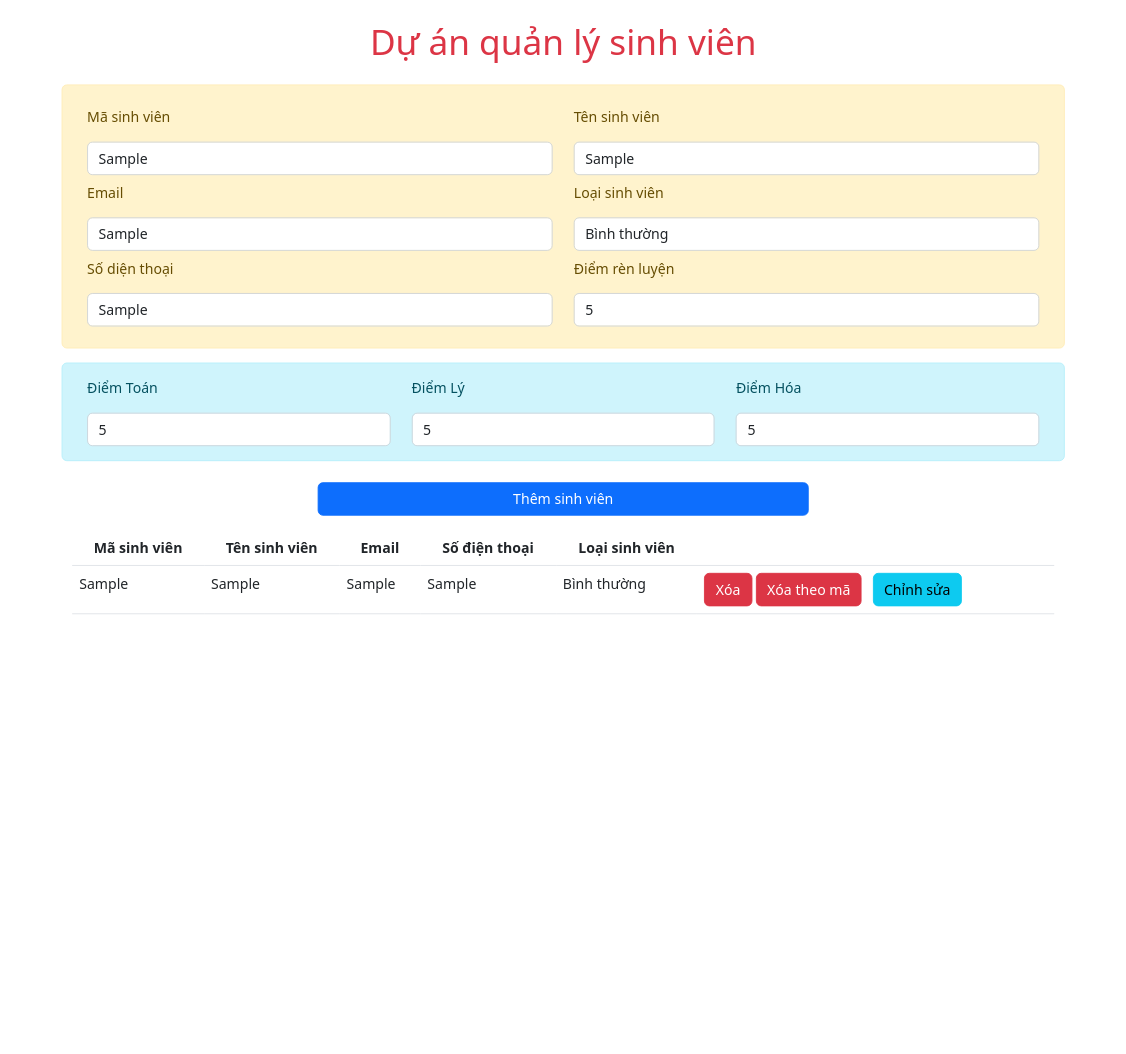
Repository: hcozyph/Cybersoft_JS_OOP
Page: index.html
An editor plug-in stored every save of this project. The page is shown before and after the next save, followed by the edit.
The browser window is 1280 px wide. The pictures show the whole page, at 88% of full size.
Empty fields were first filled with sample values (such as "Sample", 5 or name@example.com).
After loading, the first visible `#btnThemSinhVien` was clicked once.

Above is the page before, as saved 2023-03-01 19:38:57.

### index.html
<!DOCTYPE html>
<html lang="en">
    <head>
        <title>Quản lý sinh viên</title>
        <!-- Required meta tags -->
        <meta charset="utf-8" />
        <meta
            name="viewport"
            content="width=device-width, initial-scale=1, shrink-to-fit=no"
        />

        <!-- Bootstrap CSS v5.2.1 -->
        <link
            href="https://cdn.jsdelivr.net/npm/bootstrap@5.2.1/dist/css/bootstrap.min.css"
            rel="stylesheet"
            integrity="sha384-iYQeCzEYFbKjA/T2uDLTpkwGzCiq6soy8tYaI1GyVh/UjpbCx/TYkiZhlZB6+fzT"
            crossorigin="anonymous"
        />

        <!-- index.css -->
        <link rel="stylesheet" href="./assets/styles/index.css" />
    </head>

    <body>
        <div class="container" style="margin-bottom: 500px">
            <div class="title">
                <h3 class="text-center fs-1 text-danger my-4">
                    Dự án quản lý sinh viên
                </h3>
            </div>

            <div class="content">
                <div class="row alert alert-warning">
                    <div class="col-md-6 col-lg-6">
                        <div class="form-group my-2">
                            <p>Mã sinh viên</p>
                            <input class="form-control" id="maSinhVien"></input>
                        </div>

                        <div class="form-group my-2">
                            <p>Email</p>
                            <input class="form-control" id="email"></input>
                        </div>

                        <div class="form-group my-2">
                            <p>Số diện thoại</p>
                            <input class="form-control" id="soDienThoai"></input>
                        </div>
                    </div>

                    <div class="col-md-6 col-lg-6">
                        <div class="form-group my-2">
                            <p>Tên sinh viên</p>
                            <input class="form-control" id="tenSinhVien"></input>
                        </div>

                        <div class="form-group my-2">
                            <p>Loại sinh viên</p>
                            <select class="form-control" id="loaiSinhVien">
                                <option value="Bình thường">Bình thường</option>
                                <option value="Khó khăn">Khó khăn</option>
                            </select>
                        </div>

                        <div class="form-group my-2">
                            <p>Điểm rèn luyện</p>
                            <input type="number" class="form-control" id="diemRenLuyen">
                        </div>
                    </div>
                </div>

                <div class="alert alert-info row mt-2">
                    <div class="col-md-4">
                        <p>Điểm Toán</p>
                        <input type="number" id="diemToan" class="form-control" >
                    </div>
                    <div class="col-md-4">
                        <p>Điểm Lý</p>
                        <input type="number" id="diemLy" class="form-control" >
                    </div>
                    <div class="col-md-4">
                        <p>Điểm Hóa</p>
                        <input type="number" id="diemHoa" class="form-control" >
                    </div>
                </div>

                <div class="my-2 text-center">
                    <button class="btn btn-primary my-2 w-50 w-lg-25" id="btnThemSinhVien">Thêm sinh viên</button>
                </div>

                <table class="table mt-2">
                    <thead>
                        <tr style="    vertical-align: baseline; text-align: center;">
                            <th>Mã sinh viên</th>
                            <th>Tên sinh viên</th>
                            <th>Email</th>
                            <th>Số điện thoại</th>
                            <th>Loại sinh viên</th>
                            <th></th>
                        </tr>
                    </thead>

                    <tbody id="tblSinhVien">
                        <!-- <td>
                            <tr></tr>
                            <tr></tr>
                        </td> -->
                    </tbody>
                </table>

            </div>
        </div>

        <!-- Bootstrap JavaScript Libraries -->
        <script
            src="https://cdn.jsdelivr.net/npm/@popperjs/core@2.11.6/dist/umd/popper.min.js"
            integrity="sha384-oBqDVmMz9ATKxIep9tiCxS/Z9fNfEXiDAYTujMAeBAsjFuCZSmKbSSUnQlmh/jp3"
            crossorigin="anonymous"
        ></script>

        <script
            src="https://cdn.jsdelivr.net/npm/bootstrap@5.2.1/dist/js/bootstrap.min.js"
            integrity="sha384-7VPbUDkoPSGFnVtYi0QogXtr74QeVeeIs99Qfg5YCF+TidwNdjvaKZX19NZ/e6oz"
            crossorigin="anonymous"
        ></script>

        <!-- models -->
        <script src="./models/SinhVien.js"></script>

        <!-- controller js -->
        <script src="./controllers/js/index.js"></script>
    </body>
</html>

### models/SinhVien.js
///--Đặt tên file -- Chữ cái đầu tiên VIẾT HOA

//---Định nghĩa prototype SinhVien

function SinhVien() {
    //input: sv: SinhVien
    this.maSinhVien = '';
    this.email = '';
    this.soDienThoai = '';
    this.tenSinhVien = '';
    this.loaiSinhVien = '';
    this.diemRenLuyen = '';

    this.diemToan = '';
    this.diemLy = '';
    this.diemHoa = '';


}

### controllers/js/index.js
////----MÔ HÌNH MVC
/*
    M [model]       -- nơi chứa các file js là prototype (class)
    V [view]        -- nơi chứa các file giao diện (.html)
    C [controller]  -- các file điều hướng giao diện (index.html => index.js, qlsp.html => qlsp.js)

    ---------------------------------------------------

    util    -- chứa các file dùng chung cho dự án (ví dụ: các method sử dụng ở các dự án trước, hoặc libs [thư viện js] )
    assets  -- là folder chứa tài nguyên của hệ thống (img, audio, viddeo, css, font,...)

*/

function getEle(n) {
    return document.getElementById(n);
}

function querySelector(n) {
    return document.querySelector(n);
}
////////////////////

var mangSinhVien = [];

getEle('btnThemSinhVien').onclick = function () {
    //input: sinhVien: SinhVien
    var sv = new SinhVien();
    console.log(sv);

    sv.maSinhVien = querySelector('#maSinhVien').value;
    sv.tenSinhVien = querySelector('#tenSinhVien').value;
    sv.email = querySelector('#email').value;
    sv.soDienThoai = querySelector('#soDienThoai').value;

    sv.loaiSinhVien = querySelector('#loaiSinhVien').value;
    sv.diemRenLuyen = querySelector('#diemRenLuyen').value;

    sv.diemToan = querySelector('#diemToan').value;
    sv.diemLy = querySelector('#diemLy').value;
    sv.diemHoa = querySelector('#diemHoa').value;

    //output:
    //Mỗi lần click thêm sinh viên => thêm vào mảng 1 object
    mangSinhVien.push(sv);
    console.log('mảng sinh viên', mangSinhVien);

    //Từ mảng tạo ra giao diện
    renderTableSinhVien(mangSinhVien);

    //Lưu mảng sinh viên vào store
    luuLocalStorage();

}

///////////---LOCAL STORAGE---///////////


/*
Dùng để lưu trữ dữ liệu tại máy tính người Dùng
Khi tắt máy hoặc browser vẫn codn lưu

sessionStorage : dùng để lưu dữ liệu tại máy tính người dùng (client) tuy nhiên khi tắt tất cả tab của web đó thì tự xóa
*/



//JSON

///----- Viết 1 hàm lưu trữ dữ liệu vào local storage
function luuLocalStorage() {
    //Lưu mảng sinh viên vào localstorage

    //--STEP 1-- Biến đổi mangSinhVien thành String
    var stringMangSinhVien = JSON.stringify(mangSinhVien);

    //--STEP 2 -- Lưu vào storage
    localStorage.setItem('mangSinhVien', stringMangSinhVien);

}

///-- Lấy store
function layStore() {

    if (localStorage.getItem('mangSinhVien')) {
        var stringMangSinhVien = localStorage.getItem('mangSinhVien');
        console.log(stringMangSinhVien);

        //Chuyển dữ liệu string về dạng object
        mangSinhVien = JSON.parse(stringMangSinhVien);

        console.log(mangSinhVien);

        //Gọi hàm tạo giao diện từ mảng -- LƯU CACHE
        renderTableSinhVien(mangSinhVien);
    }
}

layStore();

















/////////---------CÁCH 2 : LẬP TRÌNH HƯỚNG ĐỐI TƯỢNG----------//////
function renderTableSinhVien(arrSinhVien) {
    //input là mangSinhVien = [{maSinhVien:1,tenSinhViwn:'A'},{maSinhVien:2,tenSinhViwn:'B'},]
    var htmlString = '';

    for (var index = 0; index < arrSinhVien.length; index++) {
        var sv = arrSinhVien[index];
        htmlString += `
            <tr>
                <td>${sv.maSinhVien}</td>
                <td>${sv.tenSinhVien}</td>
                <td>${sv.email}</td>
                <td>${sv.soDienThoai}</td>
                <td>${sv.loaiSinhVien}</td>
                <td>
                <button class="btn btn-danger" onclick="xoaSinhVien('${index}')">Xóa</button>
                <button class="btn btn-danger" onclick="xoaSinhVienTheoMa('${sv.maSinhVien}')">Xóa theo mã</button>
                <button class="btn btn-info mx-2">Chỉnh sửa</button>
                </td>
            </tr>
        `
    }

    document.querySelector('tbody').innerHTML = htmlString;
    return htmlString; ///'<tr>....</tr>'
}

//mangSinhVien.splice(index,1)
function xoaSinhVien(index) {
    // alert(indexDel,1);
    ///Xử lý xóa object sinh viên trên mảng dauwj vào index
    mangSinhVien.splice(index, 1);
    //Gọi hàm tạo lại table sinh viên
    renderTableSinhVien(mangSinhVien);
}

///NÊN dùng xóa theo mã để tránh trường hợp tách trang bị conflict
function xoaSinhVienTheoMa(maSVClick) {
    // alert(maSVClick);
    var indeDel = -1;
    for (var index = 0; index < mangSinhVien.length; index++) {
        if (mangSinhVien[index].maSinhVien === maSVClick) {
            indeDel = index;
            break;
        }
    }

    //Xóa đi sinh viên tại vị trí đó trong mảng
    mangSinhVien.splice(indeDel, 1);

    //Tạo lại bảng table Sinh Viên
    renderTableSinhVien(mangSinhVien);
}
//////--END-------CÁCH 2 : LẬP TRÌNH HƯỚNG ĐỐI TƯỢNG---///////




/*
    /////////---------CÁCH 2 : LẬP TRÌNH HƯỚNG ĐỐI TƯỢNG----------/////
var htmlString = `
    <tr>
        <td>${sv.maSinhVien}</td>
        <td>${sv.tenSinhVien}</td>
        <td>${sv.email}</td>
        <td>${sv.soDienThoai}</td>
        <td>${sv.loaiSinhVien}</td>
        <td>
            <button class="btn btn-danger">Xóa</button>
        </td>
    </tr>
`;

querySelector('tbody').innerHTML += htmlString;
*/



/////////---------CÁCH 1 : LẬP TRÌNH HƯỚNG GIAO DIỆN----------/////
// //--Step 1: tạo thẻ tr
// var tr = document.createElement('tr');

// //--Step 2: tạo ra các thẻ td từ sv (thông tin sinh viên)
// var tdMaSv = document.createElement('td');
// tdMaSv.innerHTML = sv.maSinhVien;
// var tdTenSinhVien = document.createElement('td');
// tdTenSinhVien.innerHTML = sv.tenSinhVien;
// var tdEmail = document.createElement('td');
// tdEmail.innerHTML = sv.email;


// var tdLoaiSinhVien = document.createElement('td');
// tdLoaiSinhVien.innerHTML = sv.loaiSinhVien;
// var tdSoDienThoai = document.createElement('td');
// tdSoDienThoai.innerHTML = sv.soDienThoai;
// var tdDiemRenLuyen = document.createElement('td');
// tdDiemRenLuyen.innerHTML = sv.diemRenLuyen;


// var tdDiemToan = document.createElement('td');
// tdDiemToan.innerHTML = sv.diemToan;
// var tdDiemLy = document.createElement('td');
// tdDiemLy.innerHTML = sv.diemLy;
// var tdDiemHoa = document.createElement('td');
// tdDiemHoa.innerHTML = sv.diemHoa;

// /////------btnXoa
// var btnXoa = document.createElement('button');
// btnXoa.className = 'btn btn-danger';
// btnXoa.innerHTML = 'Xóa';
// btnXoa.onclick = function () {
//     //Xóa đi thẻ tr chứa nút này
//     //parentElement: node(thẻ) cha của thẻ đó

//     //----remove(): xóa thẻ
//     // btnXoa.parentElement.parentElement.remove();----

//     //closest(selector): truy xuất đến selector gần nhất
//     btnXoa.closest('tr').remove();
// }

// var tdChucNang = document.createElement('td');
// tdChucNang.appendChild(btnXoa);
// /////End------btnXoa


// //----ĐƯA CÁC THẺ TD VÀO TR
// tr.appendChild(tdMaSv);
// tr.appendChild(tdTenSinhVien);
// tr.appendChild(tdEmail);

// tr.appendChild(tdSoDienThoai);
// tr.appendChild(tdLoaiSinhVien);
// // tr.appendChild(tdDiemRenLuyen);

// // tr.appendChild(tdDiemToan);
// // tr.appendChild(tdDiemLy);
// // tr.appendChild(tdDiemHoa);

// tr.appendChild(tdChucNang);

// //Đưa thẻ tr lên giao diện
// querySelector('tbody').appendChild(tr);

Loaded but not shown: assets/styles/index.css (no stored copy; drawn as an empty file)

After the next save:
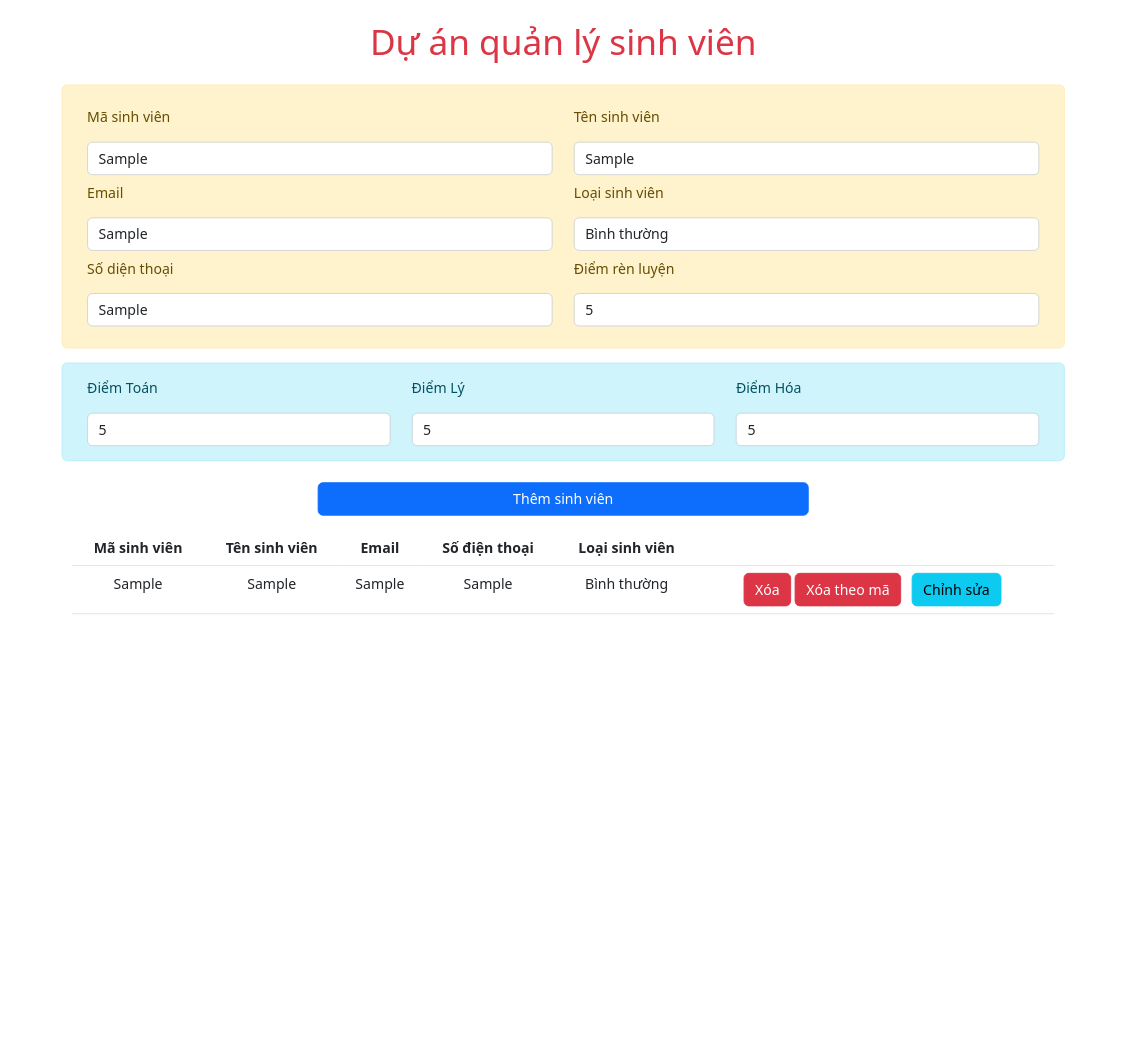
Saved 88 s later.
--- a/controllers/js/index.js
+++ b/controllers/js/index.js
@@ -121,7 +121,7 @@ function renderTableSinhVien(arrSinhVien) {
     for (var index = 0; index < arrSinhVien.length; index++) {
         var sv = arrSinhVien[index];
         htmlString += `
-            <tr>
+            <tr class=text-center>
                 <td>${sv.maSinhVien}</td>
                 <td>${sv.tenSinhVien}</td>
                 <td>${sv.email}</td>
